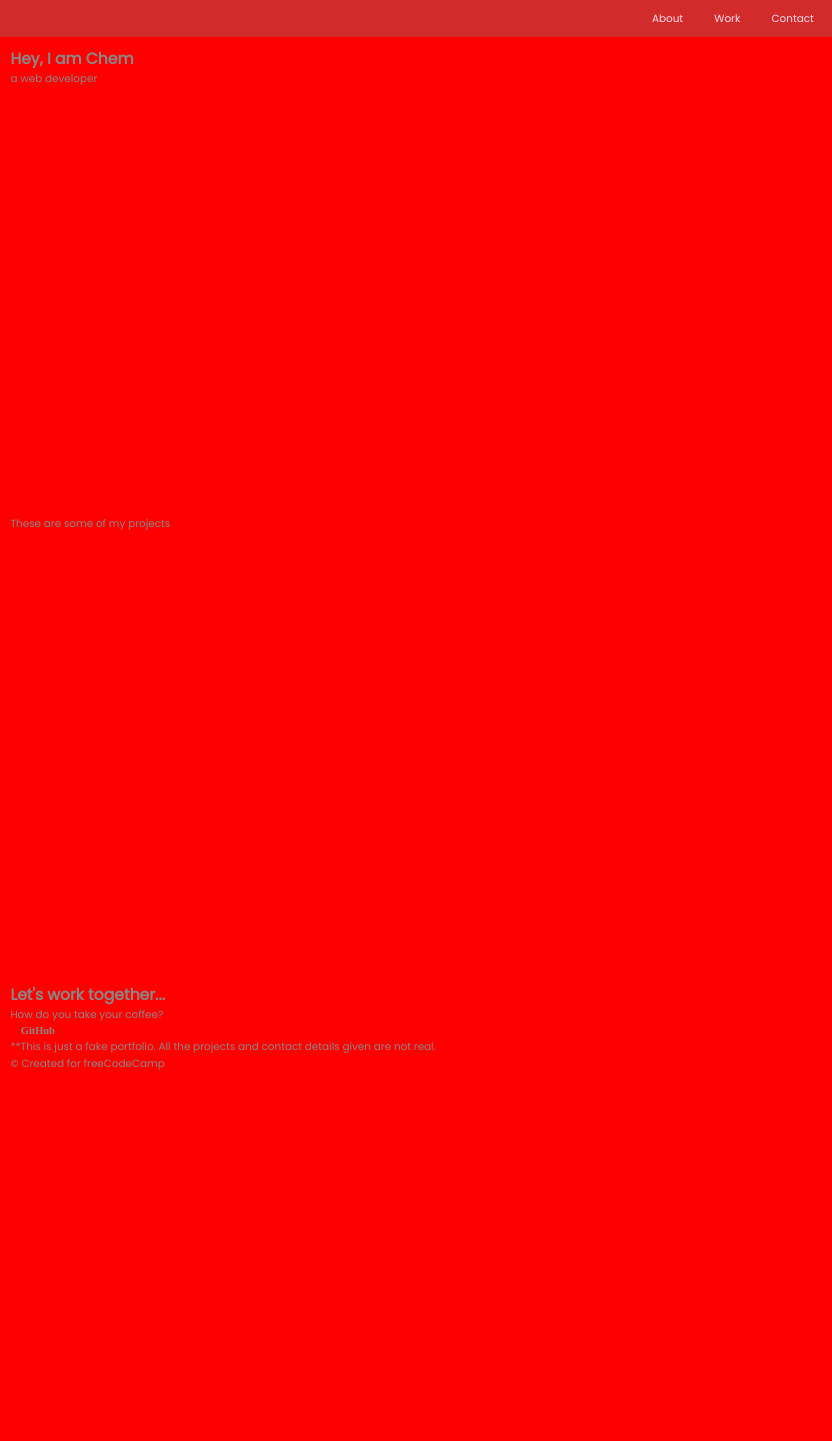
Repository: Pxych09/html-and-css-project
Page: freecodecamp/personal-portfolio.html
These files come from the project's save history. The page is drawn as it stood at one moment and after the next save; the edit follows.
The browser window is 1280 px wide. The pictures show the whole page, at 65% of full size.
Some web libraries are served in a nearby version.

Above is the page before, as saved 2023-08-10 18:24:48.

After the next save:
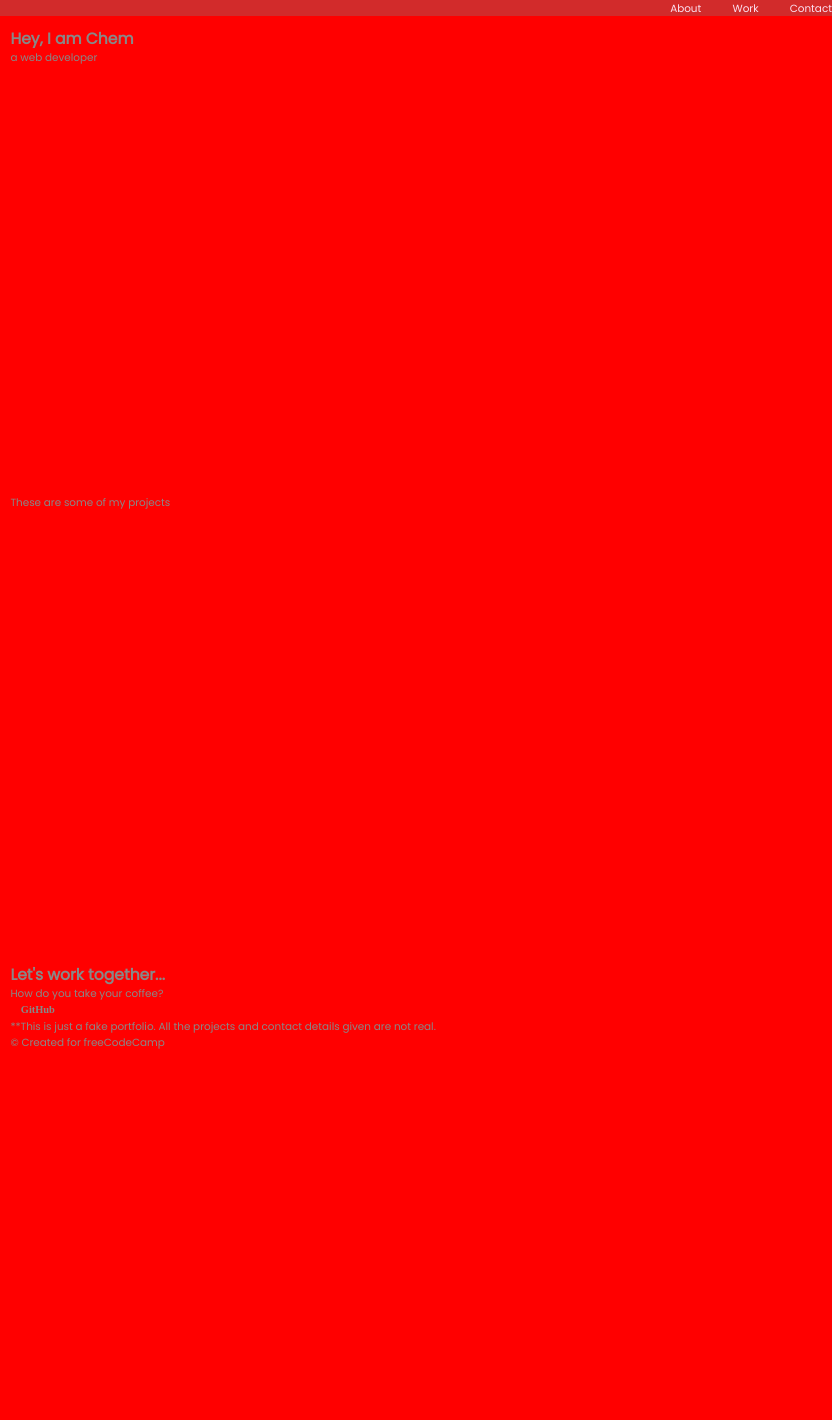
Saved 72 s later.
--- a/freecodecamp/personal-portfolio.css
+++ b/freecodecamp/personal-portfolio.css
@@ -3,6 +3,7 @@
 :root{
     --color-navbar: #d22b2b;
     --white: #f2f2f2;
+    --padding: 1rem;
 }
 
 *, ::after, ::before{
@@ -16,7 +17,7 @@
 
 .master-container{
     min-height: 100vh;
-    padding: 1rem;
+    padding: var(--padding);
 }
 
 a{
@@ -27,7 +28,7 @@
 #navbar{
     position: sticky;
     top: 0; left: 0;
-    padding: 1rem calc(1.5rem + .25rem);
+    padding: var(--padding) calc(var(--padding) + 1.25);
     display: flex; flex-wrap: wrap;
     background-color: var(--color-navbar);
     color: #fefe;

After the save that followed:
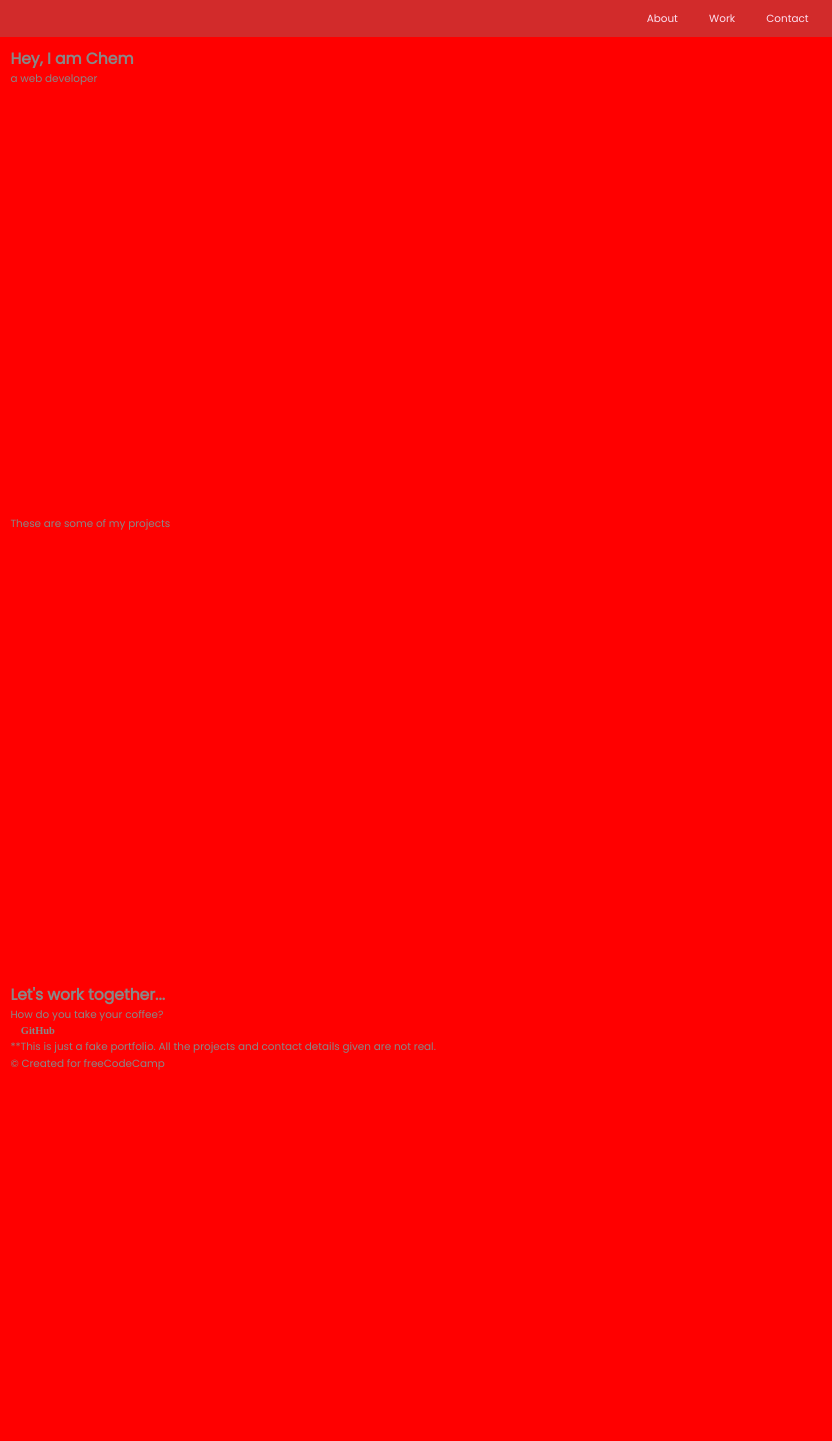
Saved 10 s later.
--- a/freecodecamp/personal-portfolio.css
+++ b/freecodecamp/personal-portfolio.css
@@ -28,7 +28,7 @@
 #navbar{
     position: sticky;
     top: 0; left: 0;
-    padding: var(--padding) calc(var(--padding) + 1.25);
+    padding: var(--padding) calc(var(--padding) + 1.25rem);
     display: flex; flex-wrap: wrap;
     background-color: var(--color-navbar);
     color: #fefe;
